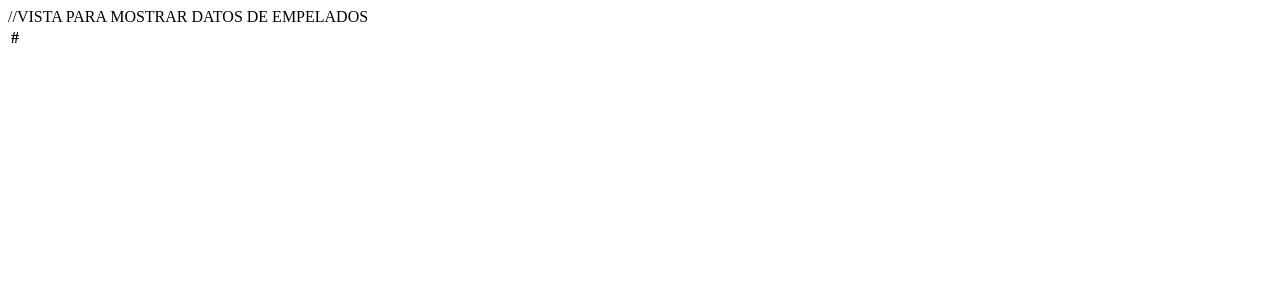
Repository: LionardoGomiz/CRUD-LARAVEL
Page: http://localhost/empleado
The author's editor kept a copy of each file at every save. The page is drawn from the files as they stood at one save, then again after the next save.
The browser window is 1280 px wide. The pictures show the whole page.
The page is served by the project's Laravel application, run on PHP 8.4 with Laravel 8. Other server files are loaded and not shown. Queries for data that is not in the repository find no rows.

Above is the page before, as saved 2021-08-02 17:27:25.

### CRUD-Laravel/routes/web.php
<?php

use Illuminate\Support\Facades\Route;
use App\Http\Controllers\EmpleadoController; //IMPORTAR EL CONTROLADOR A USAR
/*
|--------------------------------------------------------------------------
| Web Routes
|--------------------------------------------------------------------------
|
| Here is where you can register web routes for your application. These
| routes are loaded by the RouteServiceProvider within a group which
| contains the "web" middleware group. Now create something great!
|
*/

Route::get('/', function () {
    return view('welcome');
});

//RUTA PARA ACCEDER A MIS VISTAS
Route::get('/empleado', function () {
    return view('empleado.index');
});

//RUTA PARA ACCEDER A LOS METODOS DE MI CONTROLADOR DE FORMA INDIVIDUAL
Route::get('/empleado/create', [EmpleadoController::class,'create']);

//RUTA PARA ACCEDER A TODOS LOS METODOS DE MI CONTROLADOR
Route::resource('empleado',EmpleadoController::class);

### CRUD-Laravel/app/Http/Controllers/EmpleadoController.php
<?php

namespace App\Http\Controllers;

use App\Models\Empleado;
use Illuminate\Http\Request;

class EmpleadoController extends Controller
{
    /**
     * Display a listing of the resource.
     *
     * @return \Illuminate\Http\Response
     */
    public function index()
    {
        //FUNCION ACCEDER A VISTA
        $datos['empleados']=Empleado::paginate(6);
        return view('empleado.index',$datos);
    }

    /**
     * Show the form for creating a new resource.
     *
     * @return \Illuminate\Http\Response
     */
    public function create()
    {
        //FUNCION INSERTAR DATOS
        return view('empleado.create');
    }

    /**
     * Store a newly created resource in storage.
     *
     * @param  \Illuminate\Http\Request  $request
     * @return \Illuminate\Http\Response
     */
    public function store(Request $request)
    {
        //FUNCION OBTENER DATOS
        //$datosEmpleado = request()->all();
        $datosEmpleado = request()->except('_token'); //QUITAR TOKEN
        //PREGUNTAMOS QUE HACE CUANDO EL INNPUT FILE DETECTA AL ARCHIVO Y ELEGIMOS SU UBNICACION
        if($request->hasFile('Foto')){
            $datosEmpleado['Foto']=$request->file('Foto')->store('uploads','public');
        }
        Empleado::insert($datosEmpleado);
        return response()->json($datosEmpleado);
    }

    /**
     * Display the specified resource.
     *
     * @param  \App\Models\Empleado  $empleado
     * @return \Illuminate\Http\Response
     */
    public function show(Empleado $empleado)
    {
        //
    }

    /**
     * Show the form for editing the specified resource.
     *
     * @param  \App\Models\Empleado  $empleado
     * @return \Illuminate\Http\Response
     */
    public function edit(Empleado $empleado)
    {
        //
    }

    /**
     * Update the specified resource in storage.
     *
     * @param  \Illuminate\Http\Request  $request
     * @param  \App\Models\Empleado  $empleado
     * @return \Illuminate\Http\Response
     */
    public function update(Request $request, Empleado $empleado)
    {
        //
    }

    /**
     * Remove the specified resource from storage.
     *
     * @param  \App\Models\Empleado  $empleado
     * @return \Illuminate\Http\Response
     */
    public function destroy(Empleado $empleado)
    {
        //
    }
}

### CRUD-Laravel/resources/views/empleado/index.blade.php
//VISTA PARA MOSTRAR DATOS DE EMPELADOS
<table class="table table-light">
    <thead class="thead-light">
        <tr>
            <th>#</th>
        </tr>
    </thead>
    <tbody>
        <tr>
            <td></td>
        </tr>
    </tbody>
</table>

Loaded but not shown: CRUD-Laravel/app/Http/Controllers/Controller.php (common file); CRUD-Laravel/app/Models/Empleado.php (common file)

After the next save:
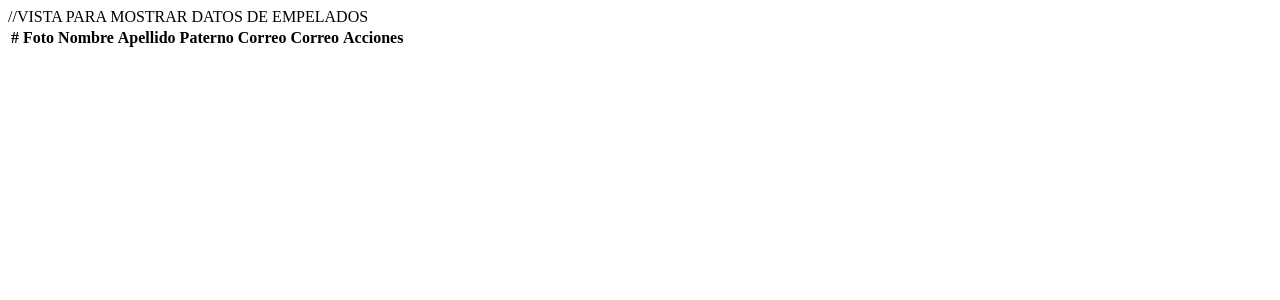
Saved 3 min 25 s later.
--- a/CRUD-Laravel/resources/views/empleado/index.blade.php
+++ b/CRUD-Laravel/resources/views/empleado/index.blade.php
@@ -3,6 +3,12 @@
     <thead class="thead-light">
         <tr>
             <th>#</th>
+            <th>Foto</th>
+            <th>Nombre</th>
+            <th>Apellido Paterno</th>
+            <th>Correo</th>
+            <th>Correo</th>
+            <th>Acciones</th>
         </tr>
     </thead>
     <tbody>
